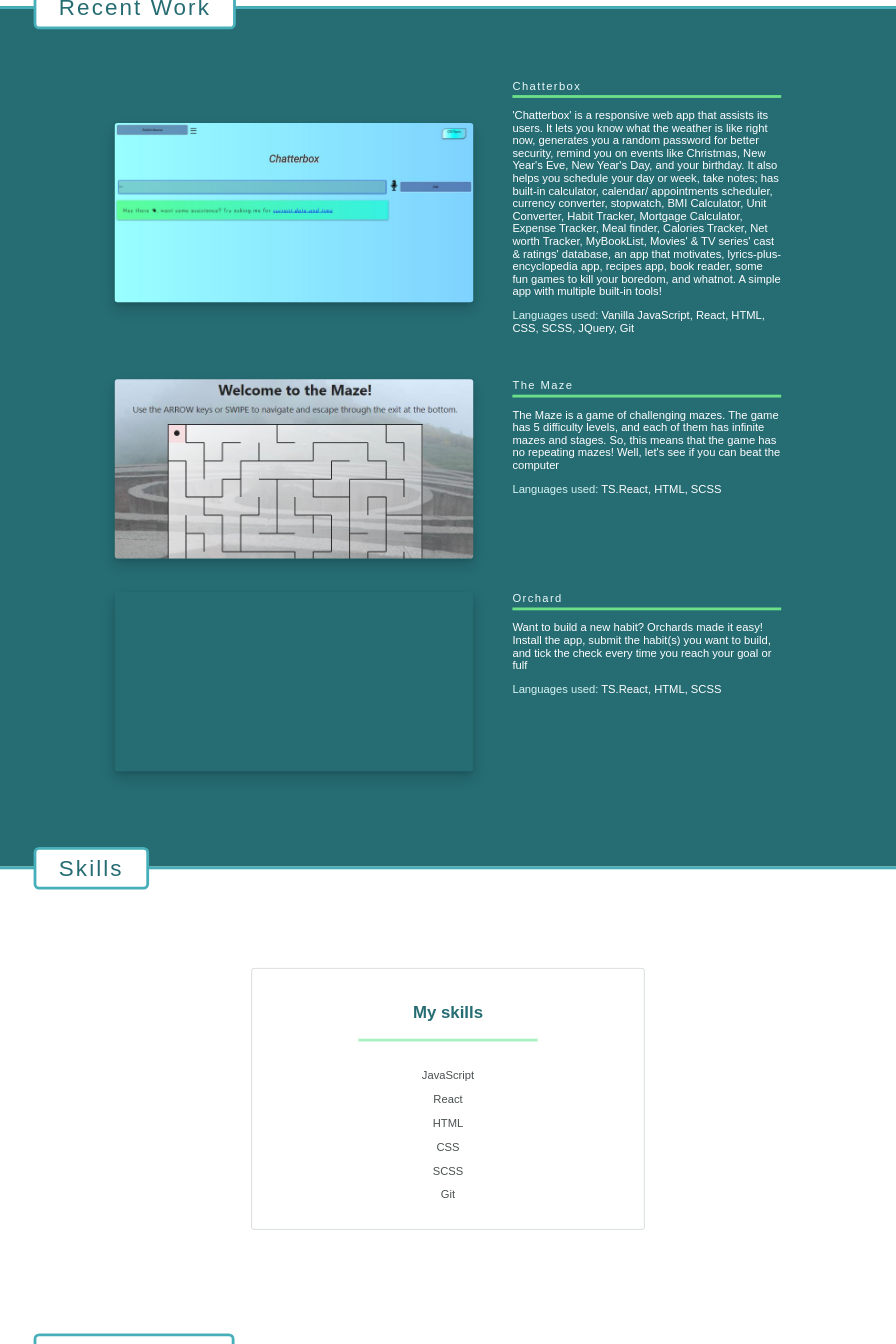
Repository: Abbaskhurram255/port
Page: /
The author's editor kept a copy of each file at every save. The page is drawn from the files as they stood at one save, then again after the next save.
The browser window is 1280 px wide. The pictures show the part of the page from y = 857 to 2777 px (the page is 3086 px tall), at 70% of full size.
The page's requests for data from a server got no answer. Some web fonts or font styles are not loaded; a fallback is used. Some web libraries are served in a nearby version. The project was rebuilt for these pictures with package versions that can differ from the ones it lists, and the page was loaded fresh each time. No one was signed in, and anything a server would have sent is missing.

Above is the page before, as saved 2021-01-01 23:09:57.

After the next save:
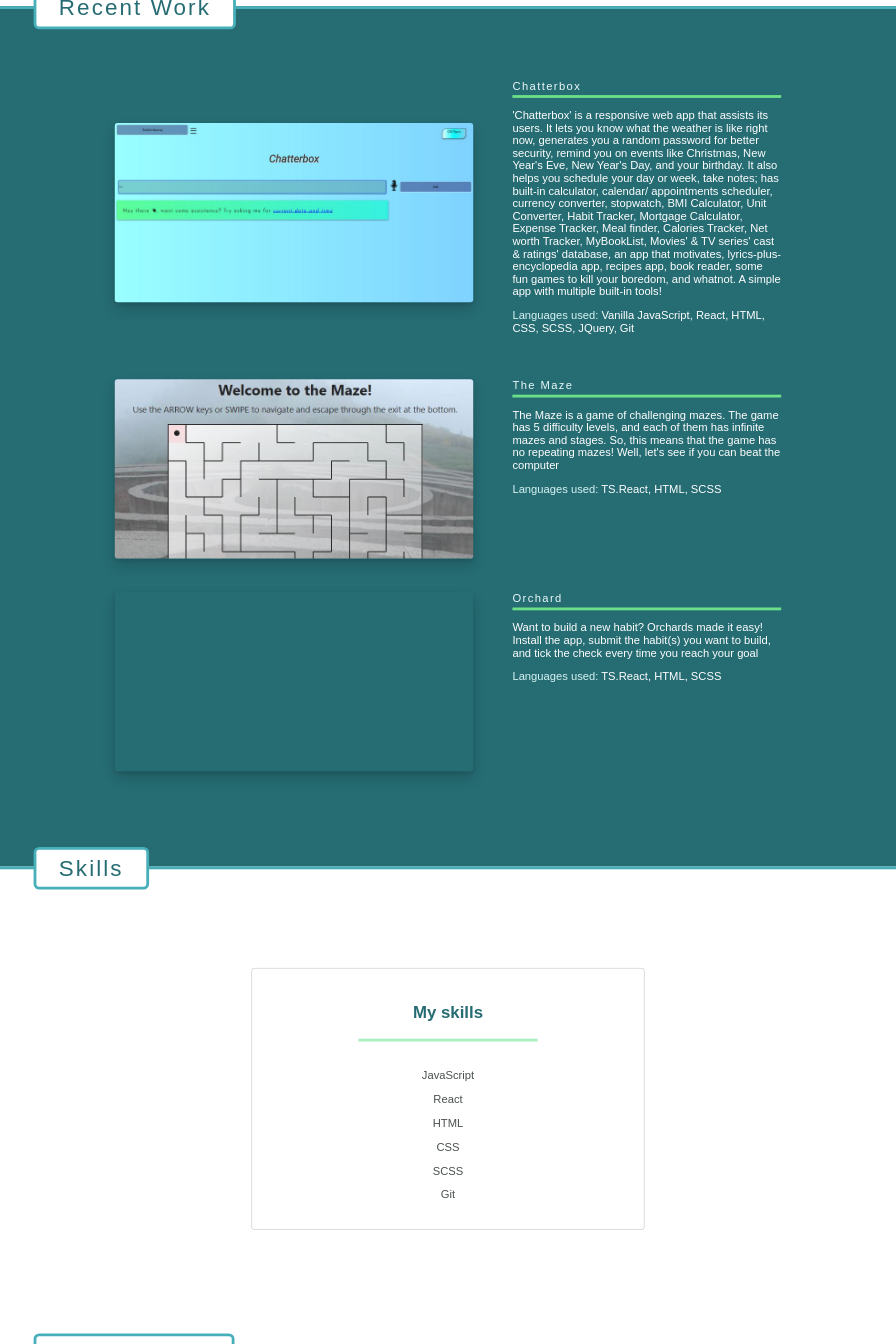
Saved 10 s later.
--- a/src/utils/data.ts
+++ b/src/utils/data.ts
@@ -32,7 +32,7 @@
   },
   {
     description:
-      "Want to build a new habit? Orchards made it easy! Install the app, submit the habit(s) you want to build, and tick the check every time you reach your goal or fulf",
+      "Want to build a new habit? Orchards made it easy! Install the app, submit the habit(s) you want to build, and tick the check every time you reach your goal",
     image: "orchard",
     name: "Orchard",
     androidVLink: "https://github.com/Abbaskhurram255/habit-builder/raw/main/android/orchard.apk?raw=true",
